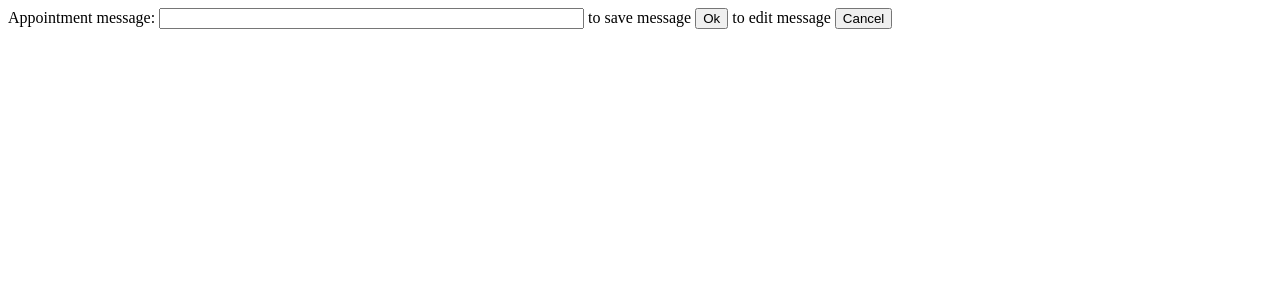
Repository: shiveshk/PullData
Page: http://localhost/Hams/message.jsp
The author's editor kept a copy of each file at every save. The page is drawn from the files as they stood at one save, then again after the next save.
The browser window is 1280 px wide. The pictures show the whole page.
The page is served by Tomcat 9. Nobody is signed in. The application's start-up code is not run.

Above is the page before, as saved 2015-11-06 07:40:01.

After the next save:
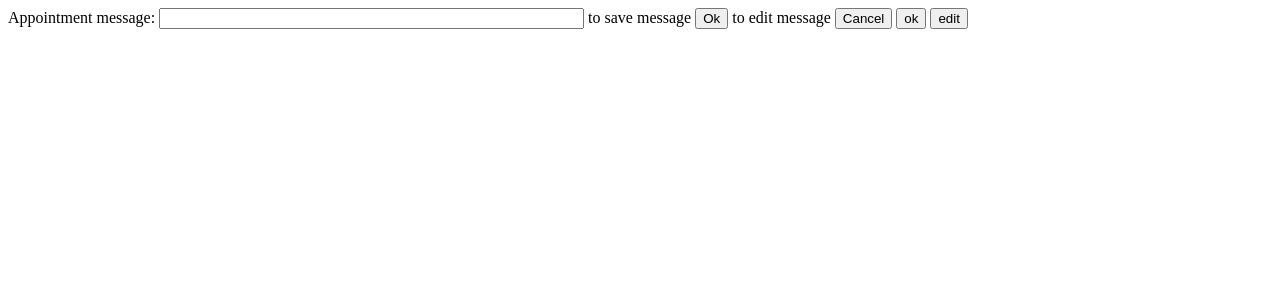
Saved 8 min 17 s later.
--- a/Hams/WebContent/message.jsp
+++ b/Hams/WebContent/message.jsp
@@ -13,5 +13,8 @@ Appointment message: <input type="text" id="patient_name" name="patient_name" va
 to save message <button>Ok</button>
 to edit message <button>Cancel</button>
 
+<input type="submit" name="action" value="ok" />
+<input type="submit" name="action" value="edit" />
+
 </body>
 </html>
